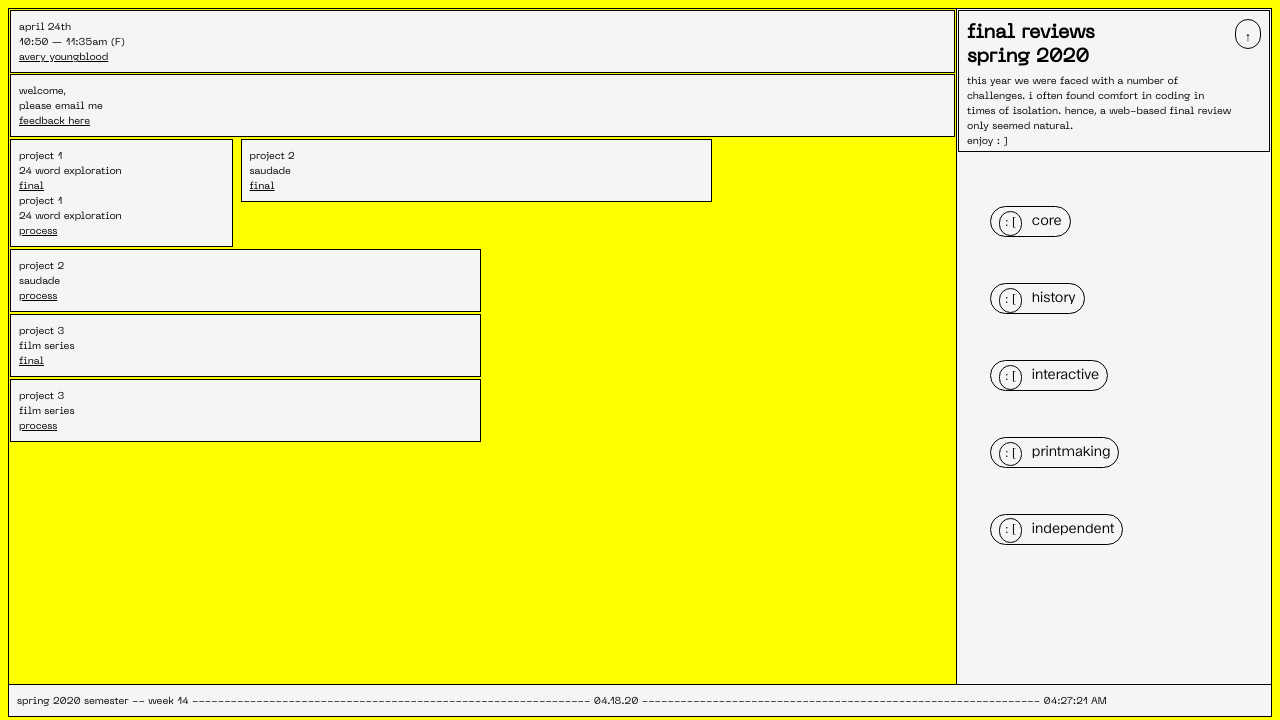
Repository: ayoungblood2/Spring-Semester-2020
Page: index v2/classes/core.html
An editor plug-in stored every save of this project. The page is shown before and after the next save, followed by the edit.
The browser window is 1280 px wide. The pictures show the whole page.
Some web libraries are served in a nearby version.

Above is the page before, as saved 2020-04-18 15:11:43.

After the next save:
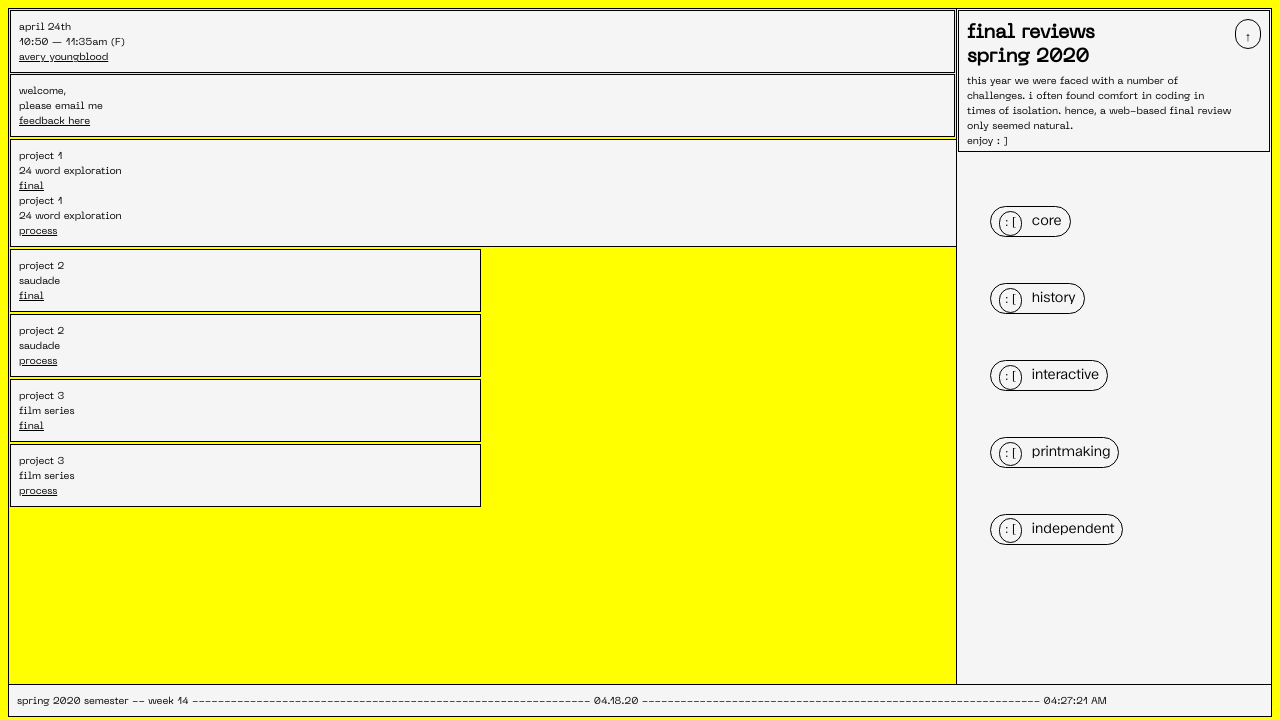
Saved 18 s later.
--- a/index v2/classes/core.html
+++ b/index v2/classes/core.html
@@ -47,7 +47,7 @@
         </header>
 
 
-        <header class="PageHeader PageHeader--home" style="display: inline-flex; ">
+        <header class="PageHeader PageHeader--home" style="display: inline-flex; width:100%;">
             <section class="PageHeader-classInfo">
                 project 1
                 <br> 24 word exploration
